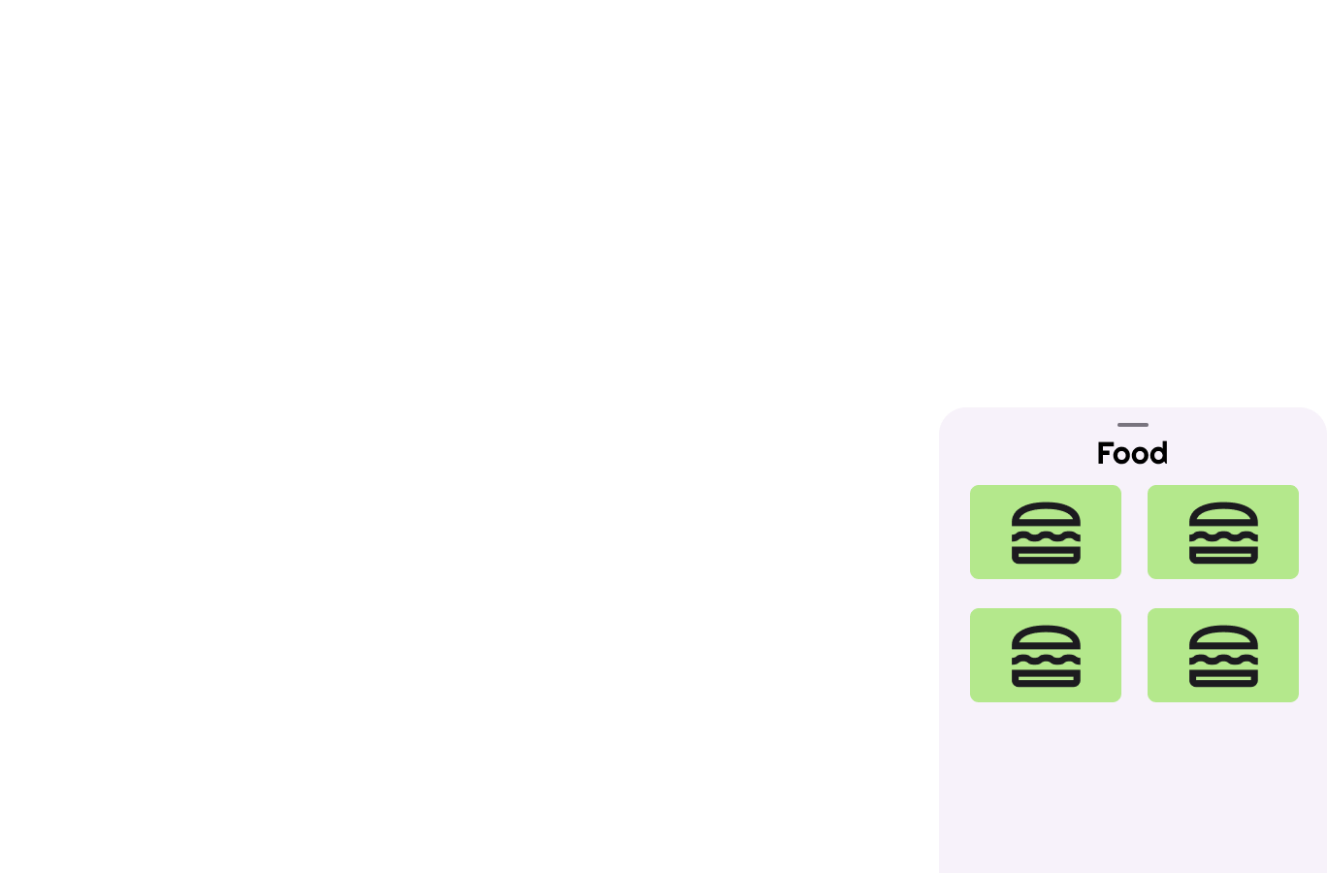
Repository: alemunden/Trash-Scavengers
Page: /Feed
The author's editor kept a copy of each file at every save. The page is drawn from the files as they stood at one save, then again after a run of saves.
The browser window is 1280 px wide. The page is 1382 px wide, so the pictures cover 1382 px, including what lies to the right of the window. The pictures show the whole page, at 97% of full size.
The project was rebuilt for these pictures with package versions that can differ from the ones it lists, and the page was loaded fresh each time. The framework's server and built-in components were replaced by stand-ins that run in the browser. Also part of the build but not shown: next.config.mjs.

Above is the page before, as saved 2024-05-05 14:54:10.

### pages/Feed.js
import Image from "next/image"
import styles from '@/styles/Feed.module.css'

export default function Feed() {
    return(
        <>
            <div className={styles.feedImage}>
                <Image src={'/foodbuttons.png'} width={339} height={224} className={styles.foodButtons}/>
                <Image src={'/food.png'} width={400} height={480}/>
            </div>
        </>
    )
}

### styles/globals.css
:root {
    --white: #FFFFFF;
    --black: #000;
    --light-green: #B4E88C;
    --light-blue: #9EBAE5;
    --light-gray: #c5c5c5;
    --light-yellow: #F3CD70;
    --light-pink: #F3D9D9;
    --medium-green: #429600;
    --gold: #ED9F26;

}

html, body {
    overflow-x: hidden;
    background-color: var(--white);
    height: 896px;
    width: 414px;
    position: absolute;
    left: 30rem;
  }

main {
    padding: 1rem;
  }

li {
    list-style-type: none;
    cursor: pointer;
    margin: 1rem;
    width: 100%;
    padding: 0.5rem;
    color: #000105;
    background-color: var(--light-blue);
    border-radius: 1rem;
    border-bottom: 6px solid #7893bb;
    font-family: "Righteous", sans-serif;
    text-align: center;
    font-size: 1.5rem;
  }

.liHover:hover {
    background-color: #7893bb;
    columns: #fff;
}

.liSelected {
    color: #fff;
    background-color: #000925;
}

.homePageCard {
  margin-left: -5%;
  margin-top: 48%;
}

.searchBar {
  margin-left: -5%;
  margin-bottom: -48%;
}

.logInAndSettings {
  margin-left: 63%;
  margin-right: -5%;
  margin-top: 8%;
}

.dateIndex {
  font-family: 'Righteous';
  margin-bottom: -18%;
  margin-top: 8%;
}

.searchBarInfo {
  margin-left: -5%;
  margin-top: -0.1%;
}

.logInSettingsInfo {
  margin-left: 63%;
  margin-right: -5%;
  padding-left: 19px;
  padding-bottom: -10px;
  margin-top: 8%;
}

.infoCard {
  margin-left: -5%;
}

.logInSettingsDepots {
  margin-left: 64%;
  margin-right: -5%;
  padding-left: 9px;
  margin-top: 8%;
}

.searchBarDepots {
  margin-left: -5%;
}

.depotsCard {
  margin-left: -5%;
}

.logInSettingsYourDepots {
  margin-left: 50%;
  margin-right: -5%;
  padding-left: 65px;
  margin-top: 8%;
}

.searchBarYourDepots {
  margin-left: -5%;
}

.yourDepotsCard {
  margin-left: -5%;
}

### styles/Feed.module.css
.feedImage {
    position: absolute;
    bottom: 0;
}

.foodButtons {
    position: absolute;
    top: 5rem;
    left: 2rem;
}

Loaded but not shown: pages/_app.js (common file); pages/_document.js (common file); pages/api/hello.js (common file)

After the next 2 saves:
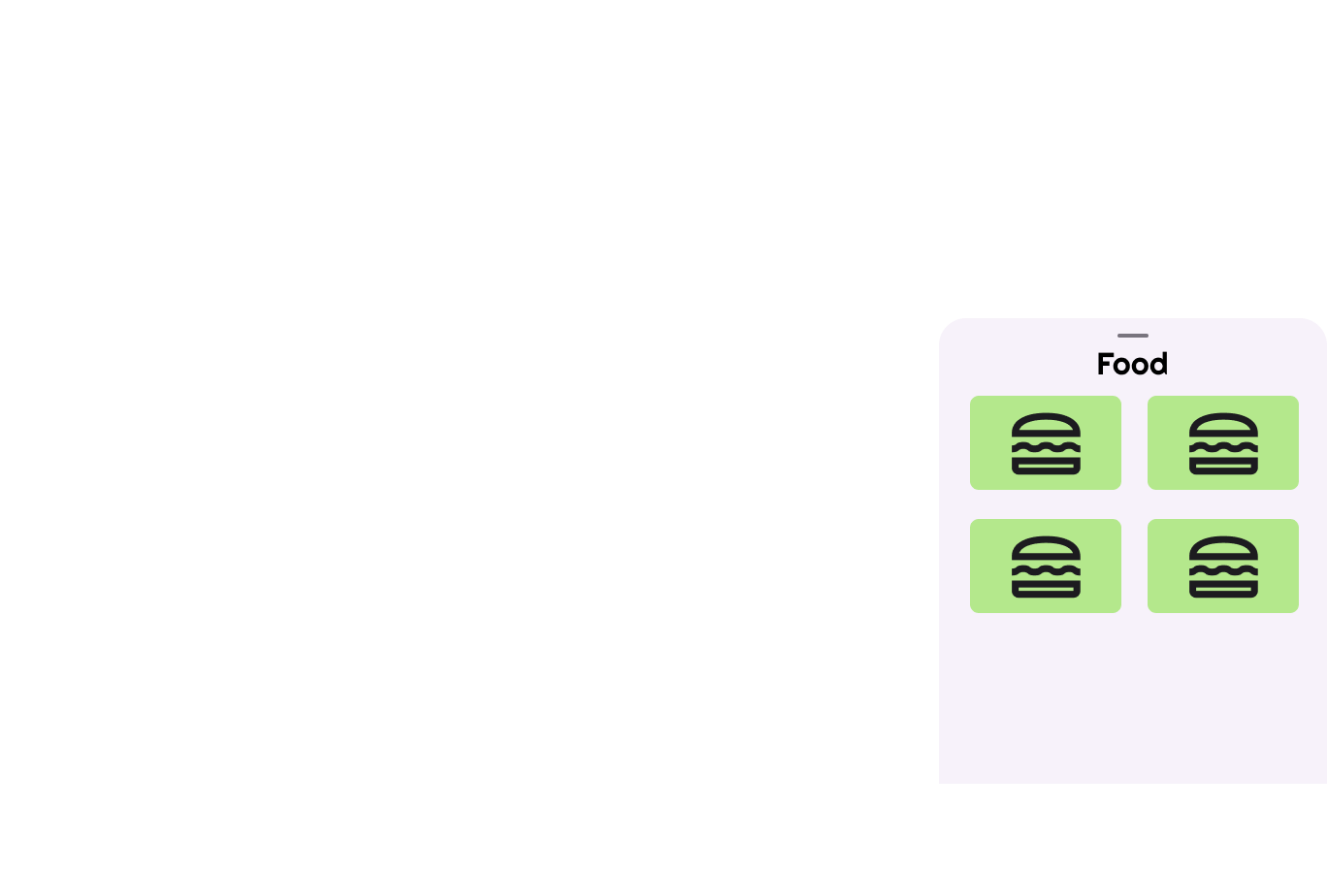
The 2 saves are shown as one change because 1 did not build or start.
The last was saved 21 s later.
--- a/styles/Feed.module.css
+++ b/styles/Feed.module.css
@@ -1,6 +1,6 @@
 .feedImage {
     position: absolute;
-    bottom: 0;
+    top: 20rem;
 }
 
 .foodButtons {
